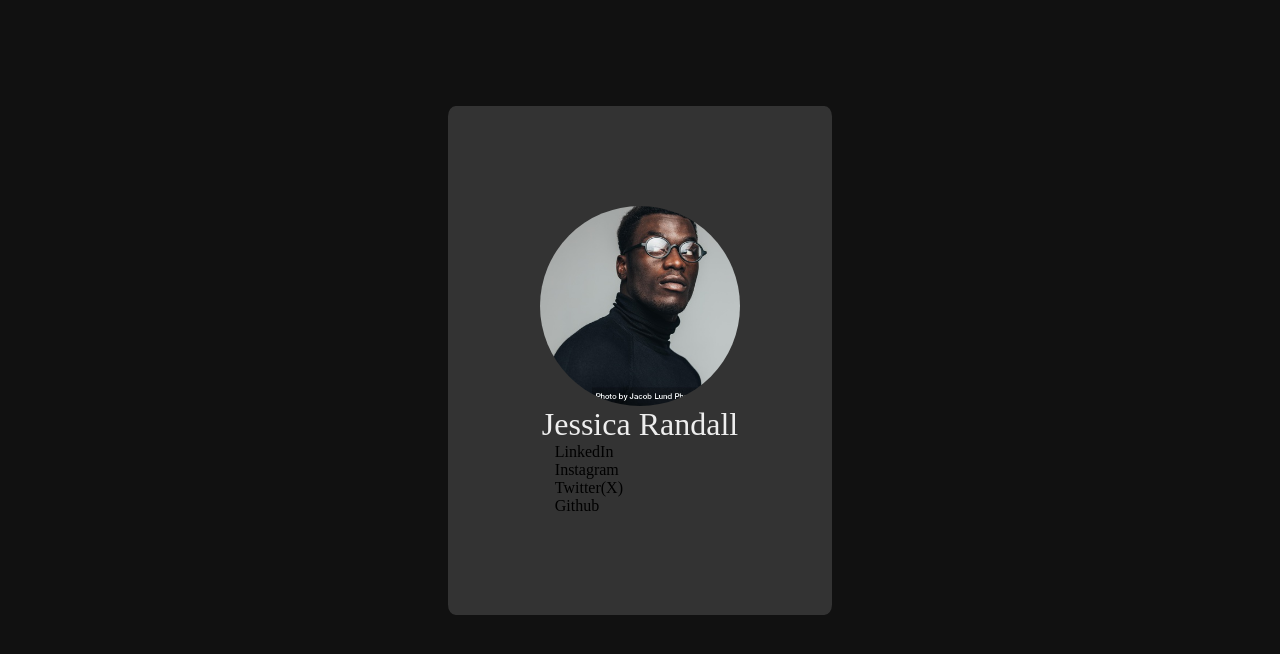
Repository: russel-success/Xcode-TASK-1
Page: index.html
These files come from the project's save history. The page is drawn as it stood at one moment and after a run of saves; the edit follows.
The browser window is 1280 px wide. The pictures show the whole page.

Above is the page before, as saved 2024-04-29 01:10:52.

### index.html
<!DOCTYPE html>
<html lang="en">
<head>
    <meta charset="UTF-8">
    <meta name="viewport" content="width=device-width, initial-scale=1.0">
    <title>Profile Card</title>
    <link rel="stylesheet" href="styles/styles.css">
</head>
<body>
    <div class="container">
        <div class="profile-container flex">
           <img src="assets/np_Man staring away on gray background_0VPZY4_free.jpg" alt="" class="profile-image">
            <h1>Jessica Randall</h1>
            <div class="socials">
                <text>LinkedIn</text>
            </div>
            <div class="socials">
                <text>Instagram</text>
            </div>
            <div class="socials">
                <text>Twitter(X)</text>
            </div>
            <div class="socials">
                <text>Github</text>
            </div>
        </div>
    </div>
</body>
</html>

### styles/styles.css
*{
    padding:0;
    margin:0;
}
.container{
    width:100%;
    height:100vh;
    background-color:#111;
    display:flex;
    align-items:center;
    justify-content: center;
}
.profile-container{
    background-color:#333;
    width:30%;
    background-size: contain;
    box-sizing:border-box;
    display:flex;
    flex-direction: column;
    align-items:center;
    justify-content: center;
    padding: 100px 50px;
    border-radius:2%;
}
.profile-image{
    object-fit:cover;
    width:200px;
    height:200px;
    border-radius:50%;
}
h1{
    color:#eee;
    font-family:poppins;
    font-weight:400;
}
.socials{
    width:60%;
    height:10%;
    background:
}

After the next 2 saves:
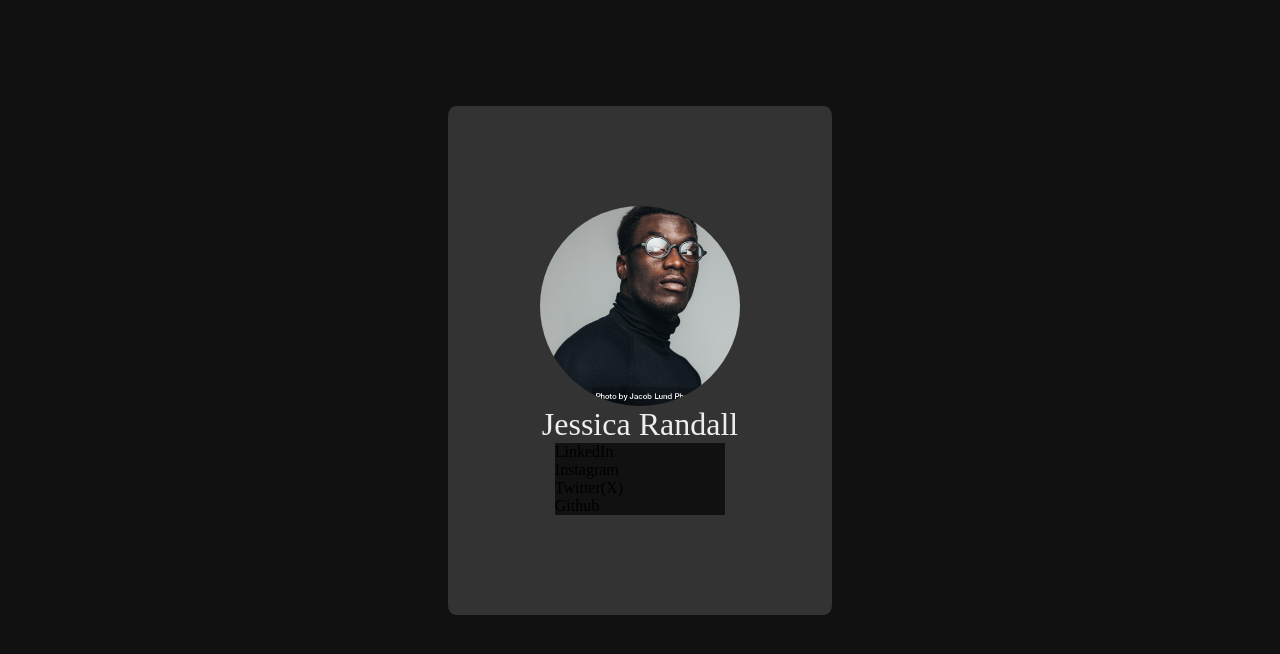
The 2 saves are shown as one change because they came seconds apart.
The last was saved 7 s later.
--- a/styles/styles.css
+++ b/styles/styles.css
@@ -36,5 +36,5 @@
 .socials{
     width:60%;
     height:10%;
-    background:
+    background:#111;
 }
